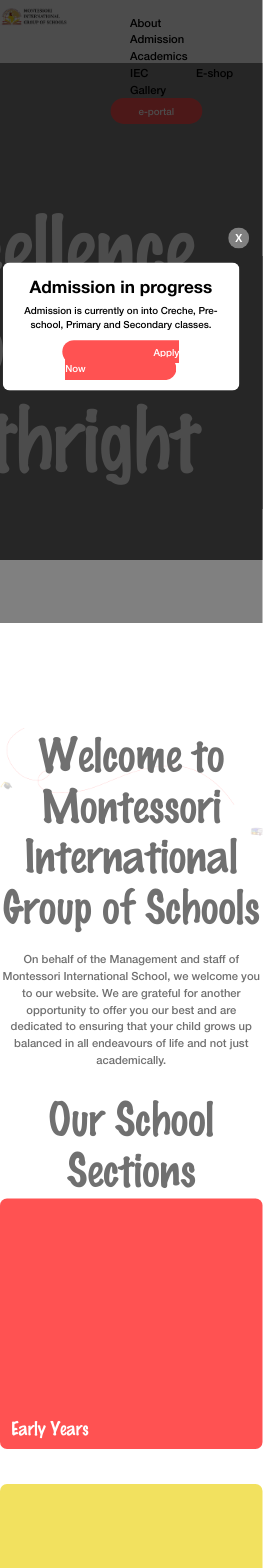
Repository: sarahnnanyelugo/MIGS
Page: /
The author's editor kept a copy of each file at every save. The page is drawn from the files as they stood at one save, then again after the next save.
The browser window is 375 px wide. The pictures show the part of the page from y = 0 to 2240 px (the page is 11550 px tall), at 70% of full size.
The project was rebuilt for these pictures with package versions that can differ from the ones it lists, and the page was loaded fresh each time.

Above is the page before, as saved 2023-05-30 14:27:34.

After the next save:
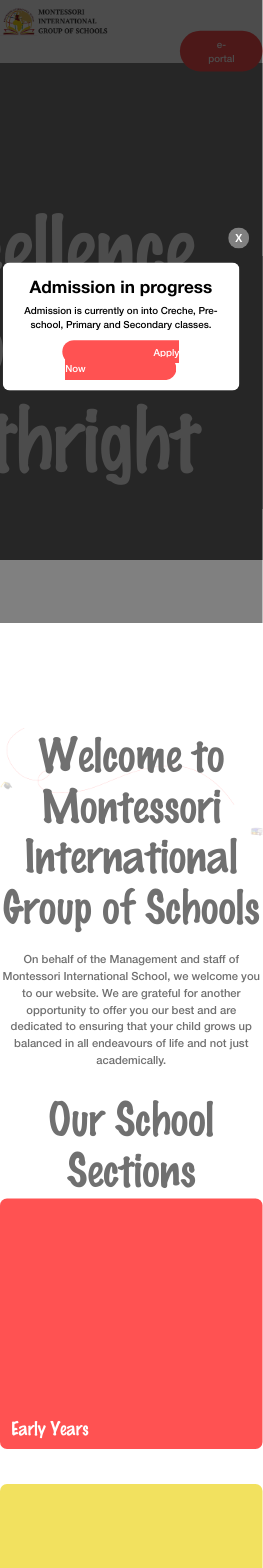
Saved 2 min 21 s later.
--- a/src/components/NavBar/_navbar.scss
+++ b/src/components/NavBar/_navbar.scss
@@ -30,5 +30,8 @@
     &:hover {
       color: $red;
     }
+    @media screen and (max-width: 620px) {
+      display: none;
+    }
   }
 }
